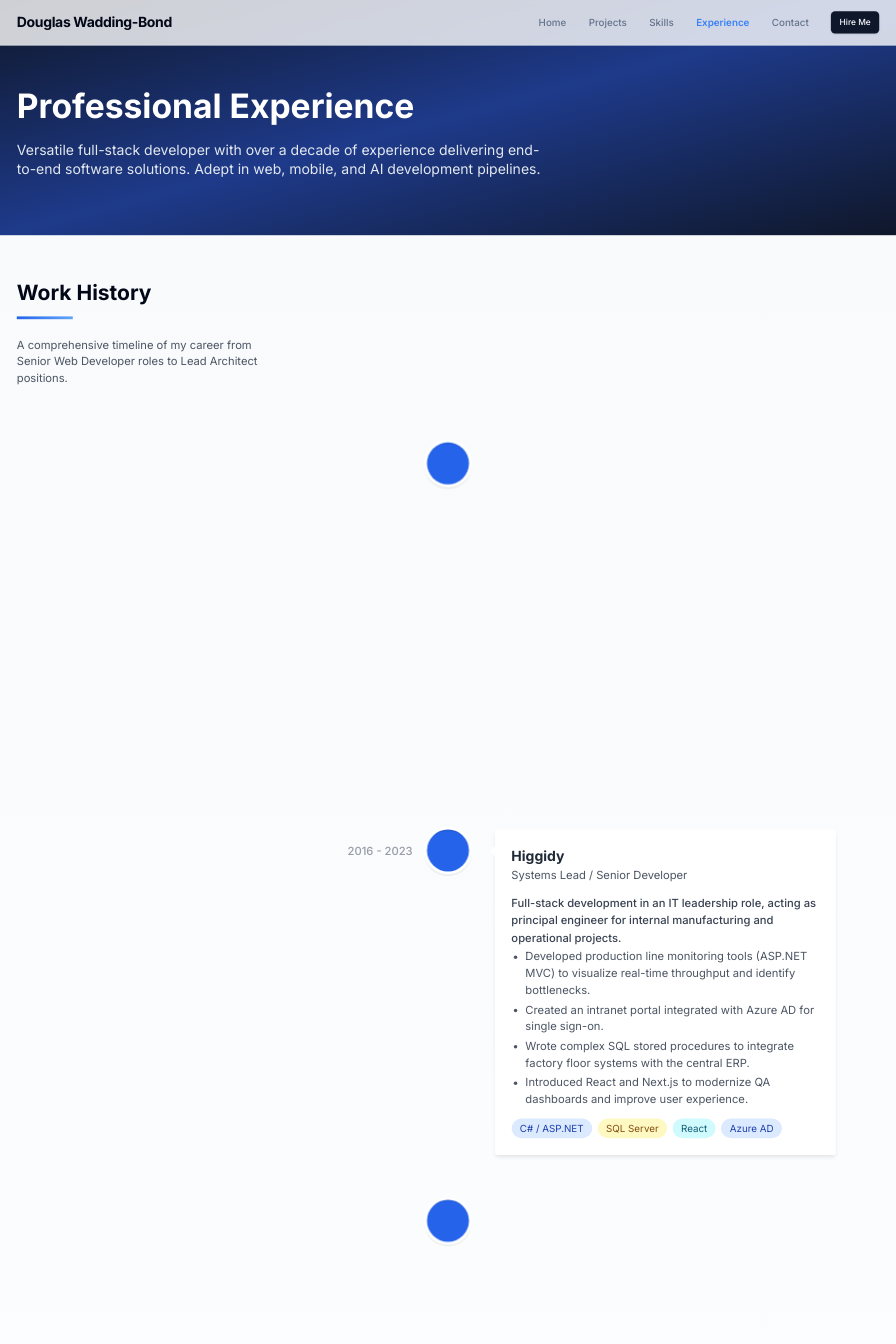
Repository: DaLexisX/WaddingBondWebsite
Page: /experience
The author's editor kept a copy of each file at every save. The page is drawn from the files as they stood at one save, then again after the next save.
The browser window is 1280 px wide. The pictures show the part of the page from y = 0 to 1920 px (the page is 4845 px tall before and 4797 px after), at 70% of full size.
The project was rebuilt for these pictures with package versions that can differ from the ones it lists, and the page was loaded fresh each time. The framework's server and built-in components were replaced by stand-ins that run in the browser. Also part of the build but not shown: next.config.ts.

Above is the page before, as saved 2025-11-30 23:31:26.

After the next save:
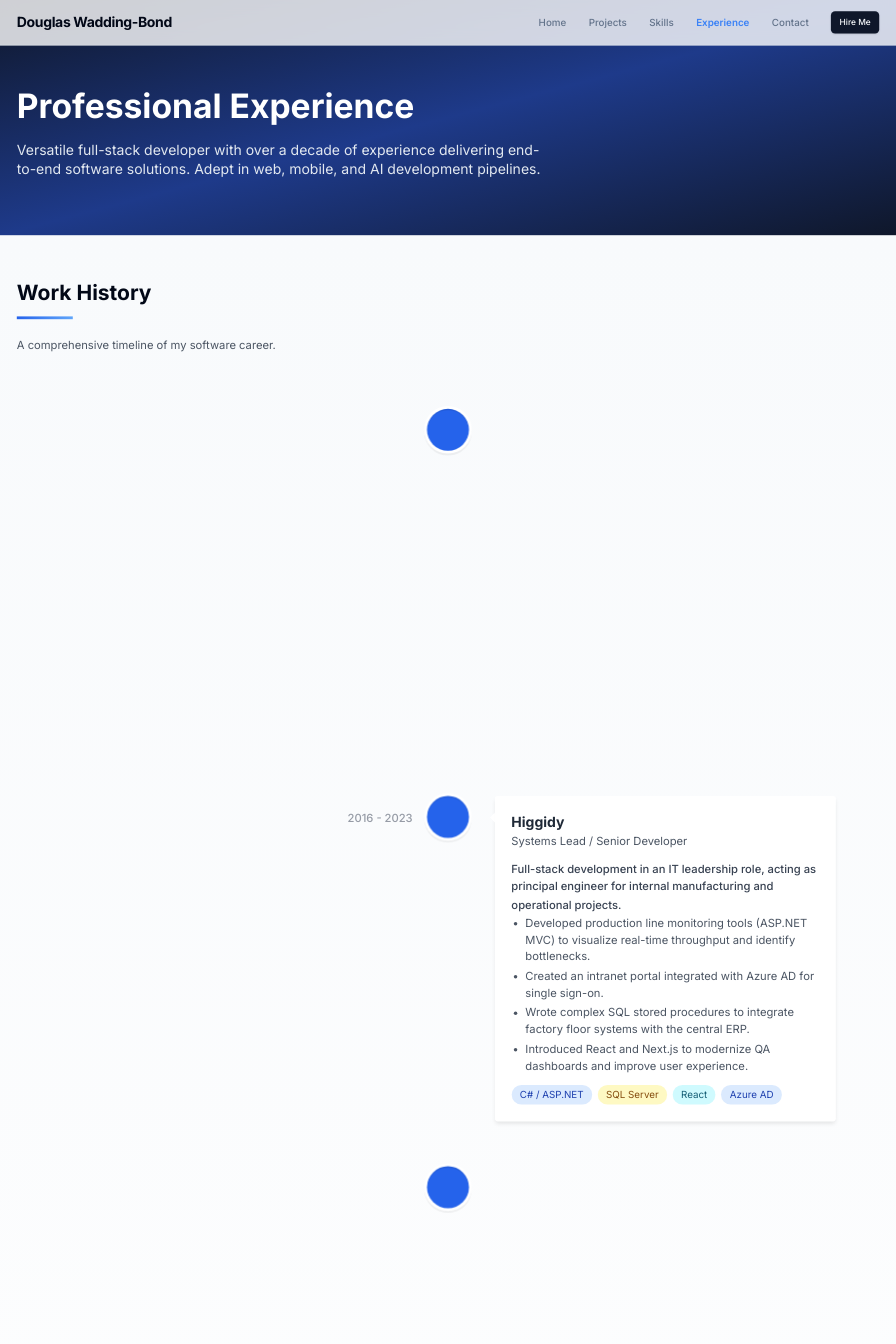
Saved 4 min 50 s later.
--- a/src/app/experience/page.tsx
+++ b/src/app/experience/page.tsx
@@ -31,7 +31,7 @@
               <h2 className="text-3xl font-bold mb-4">Work History</h2>
               <div className="w-20 h-1 bg-gradient-to-r from-blue-600 to-blue-400 mb-6"></div>
               <p className="text-gray-600 pr-6">
-                A comprehensive timeline of my career from Senior Web Developer roles to Lead Architect positions.
+                A comprehensive timeline of my software career.
               </p>
             </div>
           </div>
